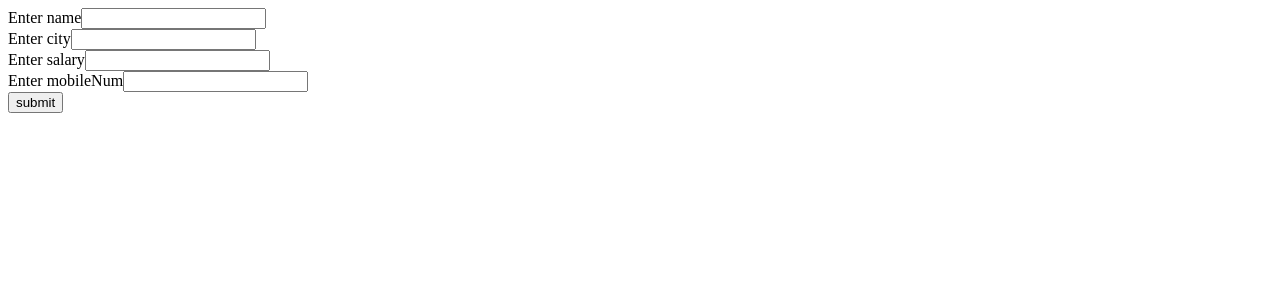
Repository: Kavya-C1/javafulltraning
Page: http://localhost/BasicJspDemo/
The author's editor kept a copy of each file at every save. The page is drawn from the files as they stood at one save, then again after a run of saves.
The browser window is 1280 px wide. The pictures show the whole page.
The page is served by Tomcat 9.

Above is the page before, as saved 2024-03-13 07:01:30.

### Javademos/BasicJspDemo/src/main/webapp/index.jsp
<%@ page language="java" contentType="text/html; charset=ISO-8859-1"
    pageEncoding="ISO-8859-1"%>
<!DOCTYPE html>
<html>
<head>
<meta charset="ISO-8859-1">
<title>Insert title here</title>
</head>
<body>
<form action="register" method="post">
Enter name<input type="text" name="employeename"><br>
Enter city<input type="text" name="city"><br>
Enter salary<input type="number" name="salary"><br>
Enter mobileNum<input type="number" name="mobile"><br>



<input type="submit" value="submit">
</form>
</body>
</html>

After the next 3 saves:
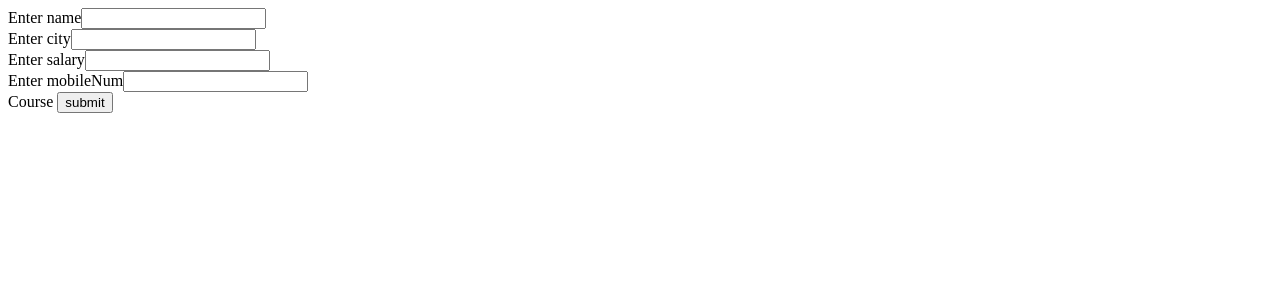
The 3 saves are shown as one change because they came seconds apart.
The last was saved 8 s later.
--- a/Javademos/BasicJspDemo/src/main/webapp/index.jsp
+++ b/Javademos/BasicJspDemo/src/main/webapp/index.jsp
@@ -13,7 +13,7 @@ Enter city<input type="text" name="city"><br>
 Enter salary<input type="number" name="salary"><br>
 Enter mobileNum<input type="number" name="mobile"><br>
 
-
+Course
 
 <input type="submit" value="submit">
 </form>
